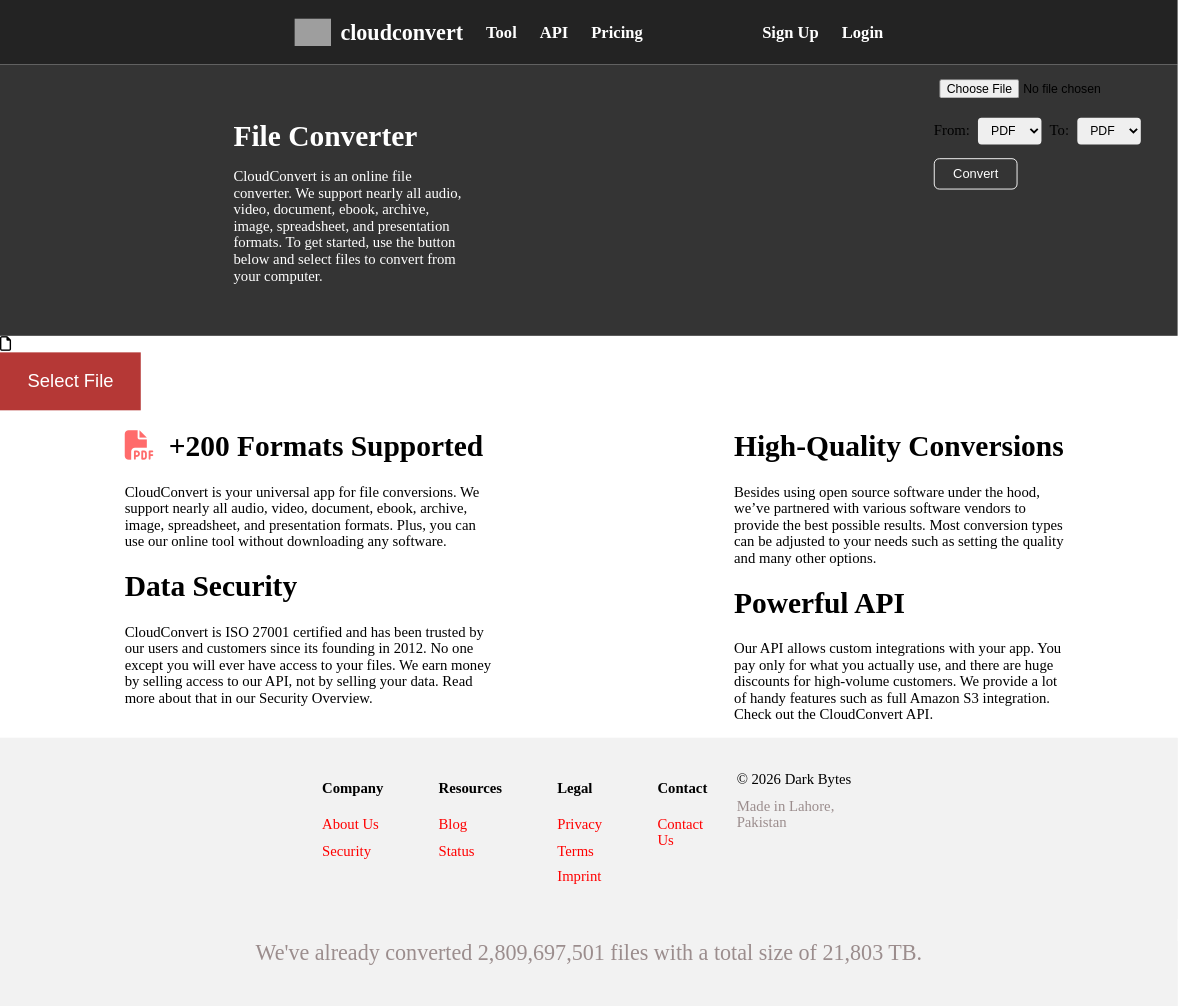
Repository: anfal-darkbytes/task_one
Page: http://localhost/
The author's editor kept a copy of each file at every save. The page is drawn from the files as they stood at one save, then again after the next save.
The browser window is 1280 px wide. The pictures show the whole page, at 92% of full size.
Pictures or frames that could not be fetched are drawn as grey boxes. The page is served by the project's application, run on Django 4.2 (manage.py). Other server files are loaded and not shown.

Above is the page before, as saved 2026-01-09 07:33:15.

### templates/index.html
{% extends "base.html" %}
{% block file_converter %}

<div class="top-body">
    <div>
        <h1 class="top-body-header">File Converter</h1>
        <p class="top-body-para">
          CloudConvert is an online file converter.
          We support nearly all audio, video, document, ebook,
          archive, image, spreadsheet, and presentation formats.
          To get started, use the button below and select files
          to convert from your computer.
        </p>
    </div>
    <div class="form-container">

    {% if error %}
        <p class="error">{{ error }}</p>
    {% endif %}

    <form method="POST" enctype="multipart/form-data">
        {% csrf_token %}
        <input type="file" name="file" required><br>

        From:
        <select class="" name="from_ext" required>
            <option value="pdf">PDF</option>
            <option value="jpg">JPG</option>
            <option value="png">PNG</option>
        </select>

        To:
        <select name="to_ext" required>
            <option value="pdf">PDF</option>
            <option value="jpg">JPG</option>
            <option value="png">PNG</option>
        </select><br>

        <button type="submit" id="convert-button">Convert</button>
    </form>

    {% if output %}
        <p class="success">Download: <a href="{{ output }}" download>Click Here</a></p>
    {% endif %}
</div>


</div>

<div class="middle-body">
    <i class="fa-slab fa-regular fa-file"></i>
    <button id="pick-image">
        Select File
    </button>
    <div class="details-boxes">
        <div class="pair-containers1">
            <div class="single-container">
                <h1 class="container-title">
                    <i class="fa-solid fa-file-pdf" style="margin-right:8px; color:#ff6b6b;"></i>
                    +200 Formats Supported</h1>
                <p class="container-body">CloudConvert is your universal app for file conversions. We support nearly all audio, video, document, ebook, archive, image, spreadsheet, and presentation formats. Plus, you can use our online tool without downloading any software.</p>
            </div>
            <div class="single-container">
                <h1 class="container-title">Data Security</h1>
                <p class="container-body">CloudConvert is ISO 27001 certified and has been trusted by our users and customers since its founding in 2012. No one except you will ever have access to your files. We earn money by selling access to our API, not by selling your data. Read more about that in our Security Overview.</p>
            </div>
        </div>
        <div class="pair containers2">
             <div class="single-container">
                <h1 class="container-title">High-Quality Conversions</h1>
                <p class="container-body">Besides using open source software under the hood, we’ve partnered with various software vendors to provide the best possible results. Most conversion types can be adjusted to your needs such as setting the quality and many other options.</p>
             </div>
            <div class="single-container">
                <h1 class="container-title">Powerful API</h1>
                <p class="container-body">Our API allows custom integrations with your app. You pay only for what you actually use, and there are huge discounts for high-volume customers. We provide a lot of handy features such as full Amazon S3 integration. Check out the CloudConvert API.</p>
            </div>
        </div>
    </div>
</div>


{% endblock %}

### templates/base.html
{% load static %}
<!DOCTYPE html>
<html>
<head>
    <title>File Converter</title>
    <link rel="stylesheet" href="{% static 'css/style.css' %}">
    <link rel="stylesheet" href="https://cdnjs.cloudflare.com/ajax/libs/font-awesome/6.5.0/css/all.min.css" integrity="sha512-jQ1FZP9pFqQfYyVvKTLbqRQj1S2EjeKzG0pC1S+r6/6QclZ3YhFgJz4X8G3a3F6K/2kEkD6K1V5OaxEf6P4J0g==" crossorigin="anonymous" referrerpolicy="no-referrer" />

</head>
<body>
    {% include "header.html" %}

    {% block file_converter %}
    {% endblock %}

    {% include "footer.html" %}

</body>
</html>

### templates/header.html
<header>
    <div class="header-div">
        <nav>
            <div class="menu-tab">
                <a href="{% url 'home' %}">
                    <img src="https://cloudconvert.com/images/logo_flat_110_borderless.png"
                         alt="cloudconvert-logo">
                    <h1 id="logo-name">cloudconvert</h1>
                </a>
                <h1>Tool</h1>
                <h1>API</h1>
                <h1>Pricing</h1>
            </div>
            <div class="auth-tab">
                <h1>Sign Up</h1>
                <h1>Login</h1>
            </div>
        </nav>
    </div>
</header>

### templates/footer.html
<footer>
    <div class="main-footer">
        <div class="bottom-bar">
            <div>
                <h1 class="bottom-bar-header">Company</h1>
                <h1 class="bottom-bar-child">About Us</h1>
                <h1 class="bottom-bar-child">Security</h1>
            </div>
           <div>
                <h1 class="bottom-bar-header">Resources</h1>
                <h1 class="bottom-bar-child">Blog</h1>
                <h1 class="bottom-bar-child">Status</h1>
            </div>
            <div>
                <h1 class="bottom-bar-header">Legal</h1>
                <h1 class="bottom-bar-child">Privacy</h1>
                <h1 class="bottom-bar-child">Terms</h1>
                <h1 class="bottom-bar-child">Imprint</h1>
            </div>
           <div>
                <h1 class="bottom-bar-header">Contact</h1>
                <h1 class="bottom-bar-child">Contact Us</h1>
            </div>
        </div>

        <div class="bottom-side-bar">
            <h1 class="bottom-side-bar-header">© 2026 Dark Bytes</h1>
            <h1 class="bottom-side-bar-child">Made in Lahore, Pakistan</h1>
        </div>
    </div>
    <div class="footer-bottom-details">
        <p>We've already converted 2,809,697,501 files with a total size of 21,803 TB.</p>
    </div>
</footer>

### taskOneApp/views.py
from django.shortcuts import render
from django.core.files.storage import FileSystemStorage
from .utils import convert_file
import os


def home(request):
    output_url = None
    error = None

    if request.method == 'POST' and request.FILES.get('file'):
        uploaded_file = request.FILES['file']
        from_ext = request.POST.get('from_ext', '').replace('.', '').lower()
        to_ext = request.POST.get('to_ext', '').replace('.', '').lower()

        fs = FileSystemStorage()

        # Save input file
        input_filename = fs.save(uploaded_file.name, uploaded_file)
        input_path = fs.path(input_filename)

        base_name = os.path.splitext(input_filename)[0]
        output_filename = f"{base_name}.{to_ext}"
        output_path = fs.path(output_filename)

        print(f"Input path: {input_path}")
        print(f"Output path: {output_path}")

        try:
            convert_file(input_path, from_ext, to_ext, output_path)

            output_url = fs.url(output_filename)

            # ✅ delete input file after success
            if os.path.exists(input_path):
                os.remove(input_path)

        except Exception as e:
            error = str(e)

            if os.path.exists(input_path):
                os.remove(input_path)

    return render(request, 'index.html', {
        'output': output_url,
        'error': error
    })

### taskOne/urls.py
from django.contrib import admin
from django.urls import path, include
from django.conf import settings
from django.conf.urls.static import static

urlpatterns = [
    path('admin/', admin.site.urls),
    path('', include('taskOneApp.urls')),
]

urlpatterns += static(settings.STATIC_URL, document_root=settings.STATICFILES_DIRS[0])

if settings.DEBUG:
    urlpatterns += static(settings.MEDIA_URL, document_root=settings.MEDIA_ROOT)

### taskOneApp/urls.py
from django.urls import path
from . import views

urlpatterns = [
 path('',views.home, name='home'),
 # path('',views.index,name='index')
]

### static/css/style.css
 body {
            background-color: #ffffff;
            justify-content: center;
            align-items: center;
            height: 100vh;
            margin: 0;
            /* padding: 0% 25%; */
        }

        .top-body {
            background-color: #343434;
            display: flex;
        }

        .top-body-header {
            color: white;
            text-align: start;
            margin: 0px;
            font-size: 32px;
            padding: 60px 25% 0px 25%;
        }

        .top-body-para {
            color: white;
            padding: 0px 50% 40px 25%;
            text-align: start;
        }

        .form-container {
            text-align: bottom;
        }

        h2 {
            color: #0073e6;
            margin-bottom: 20px;
        }

        .h1{
            color: red;
        }

        input[type="file"] {
            margin: 10px 0;
            padding: 6px;
        }

        select {
            padding: 6px 10px;
            margin: 5px;
            border-radius: 4px;
            border: white;
        }

        #convert-button {
            padding: 8px 20px;
            font-size: 14px;
           background-color:  #343434;
            border:1px solid white;
            color: white;
            border-radius: 6px;
            margin-top: 10px;
        }

        #pick-image {
            display: flex;
            background-color: #b53836;
            color: white;
            border: #b53836;
            padding: 20px 30px;
            font-size: 20px;
            margin: 0%;
            justify-content: center;

        }

        .container-title {
            padding: 0% 20%;
        }

        .container-body {
            padding: 0px 20%;
        }

        p.error {
            color: #e60000;
            font-weight: bold;
            margin-top: 10px;
        }

        p.success a {
            text-decoration: none;
            color: white;
            background-color: red;
            padding: 6px 12px;
            border-radius: 4px;
        }

        p.success a:hover {
            background-color: #1e7e34;
        }

        .form-container {
            display: flex;
        }

        .details-boxes {
            display: flex;
        }

        /* .pair-containers1 {
            display: flex;
        } */

        {}

        /* Header */

        .header-div {
          background-image: linear-gradient(to right, #343434, #383838);
        }

        .header-div nav {
        display: flex;
        align-items: center;
        justify-content: space-between;
        padding: 20px 25%;
        }

        #logo-name {
            color: white;
            font-size: 24px;
            text-decoration: none;
        }

        nav {
        display: flex;
        justify-content: space-between;
        align-items: center;
        padding: 10px 20px;
        background-color: #232323;
        color: white;
        }

        .menu-tab, .auth-tab {
        display: flex;
        align-items: center;
        gap: 25px;
        }

        .menu-tab a {
        display: flex;
        align-items: center;
        text-decoration: none;
        color: inherit;
        }

       .menu-tab img {
       height: 30px;
       margin-right: 10px;
       }

       .menu-tab h1, .auth-tab h1 {
       font-size: 18px;
       margin: 0;
       }



       /* Footer Styling */


       footer {
        background-color: #f2f2f2;
       }

       .main-footer {
        background-color: #f2f2f2;
        display: flex;
        align-items: start;
        justify-content: space-between;
        padding: 2% 25%;
       }

       .bottom-bar {
        display: flex;
       }

       .bottom-bar-header {
        color: black;
        font-weight:700;
        font-size: 16px;
        padding: 10px 30px;
       }

       .bottom-bar-child {
        color: red;
        font-weight: 400;
        font-size: 16px;
        padding: 0px 30px;
       }

       .bottom-side-bar-header {
        color: black;
        justify-content: space-between;
        font-weight: 400;
        font-size: 16px;
        padding: 20px, 30px;
       }

       .bottom-side-bar-child {
        color: rgb(155, 141, 141);
        font-weight: 400;
        font-size: 16px;
       }

       .footer-bottom-details {
        background-color: #f2f2f2;
        font-size: 24px;
        color: rgb(155, 141, 141);
        text-align: center;
        padding-bottom: 20px;
       }

After the next save:
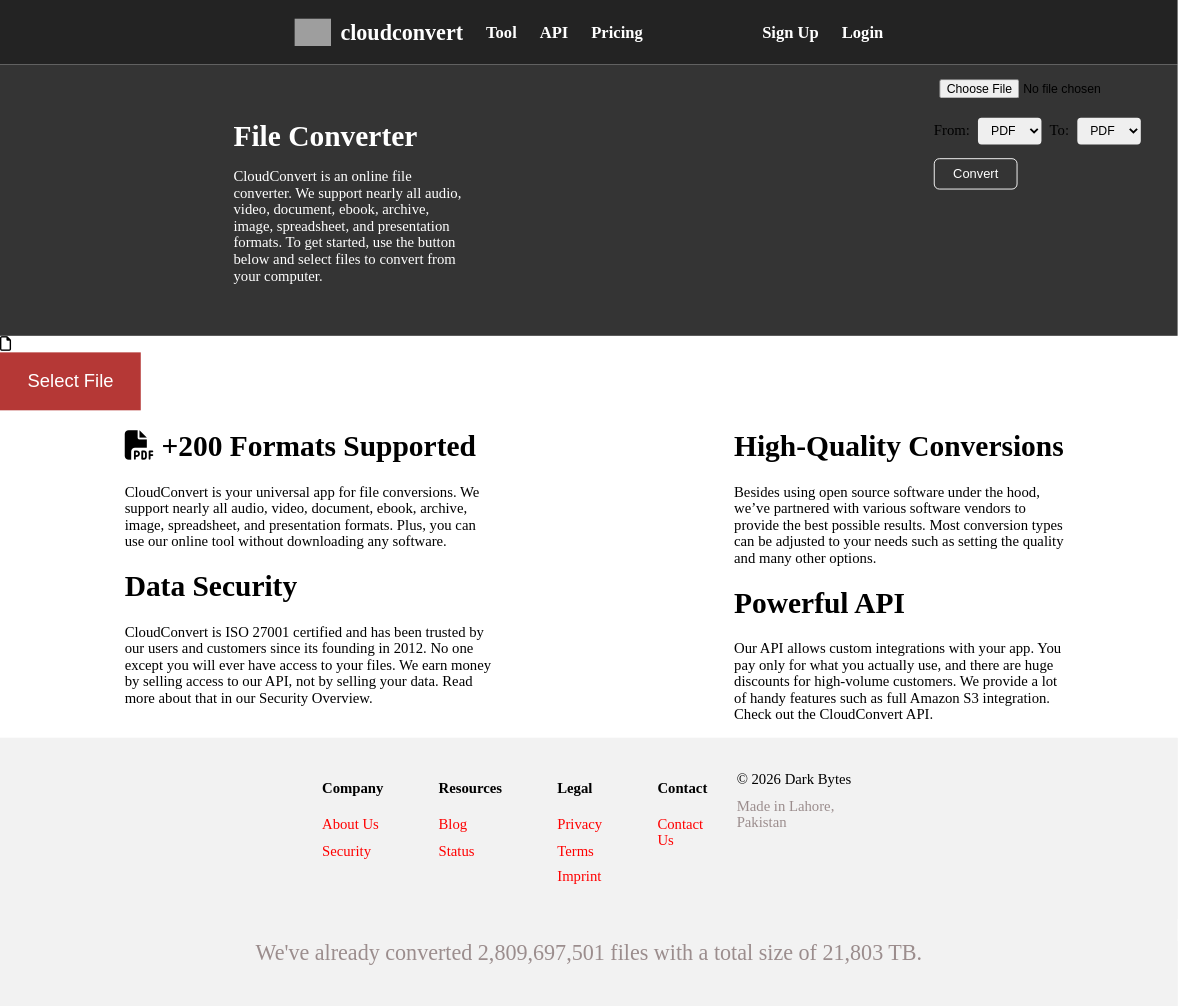
Saved 2 min 34 s later.
--- a/templates/index.html
+++ b/templates/index.html
@@ -56,7 +56,7 @@
         <div class="pair-containers1">
             <div class="single-container">
                 <h1 class="container-title">
-                    <i class="fa-solid fa-file-pdf" style="margin-right:8px; color:#ff6b6b;"></i>
+                    <i class="fa-solid fa-file-pdf"></i>
                     +200 Formats Supported</h1>
                 <p class="container-body">CloudConvert is your universal app for file conversions. We support nearly all audio, video, document, ebook, archive, image, spreadsheet, and presentation formats. Plus, you can use our online tool without downloading any software.</p>
             </div>
